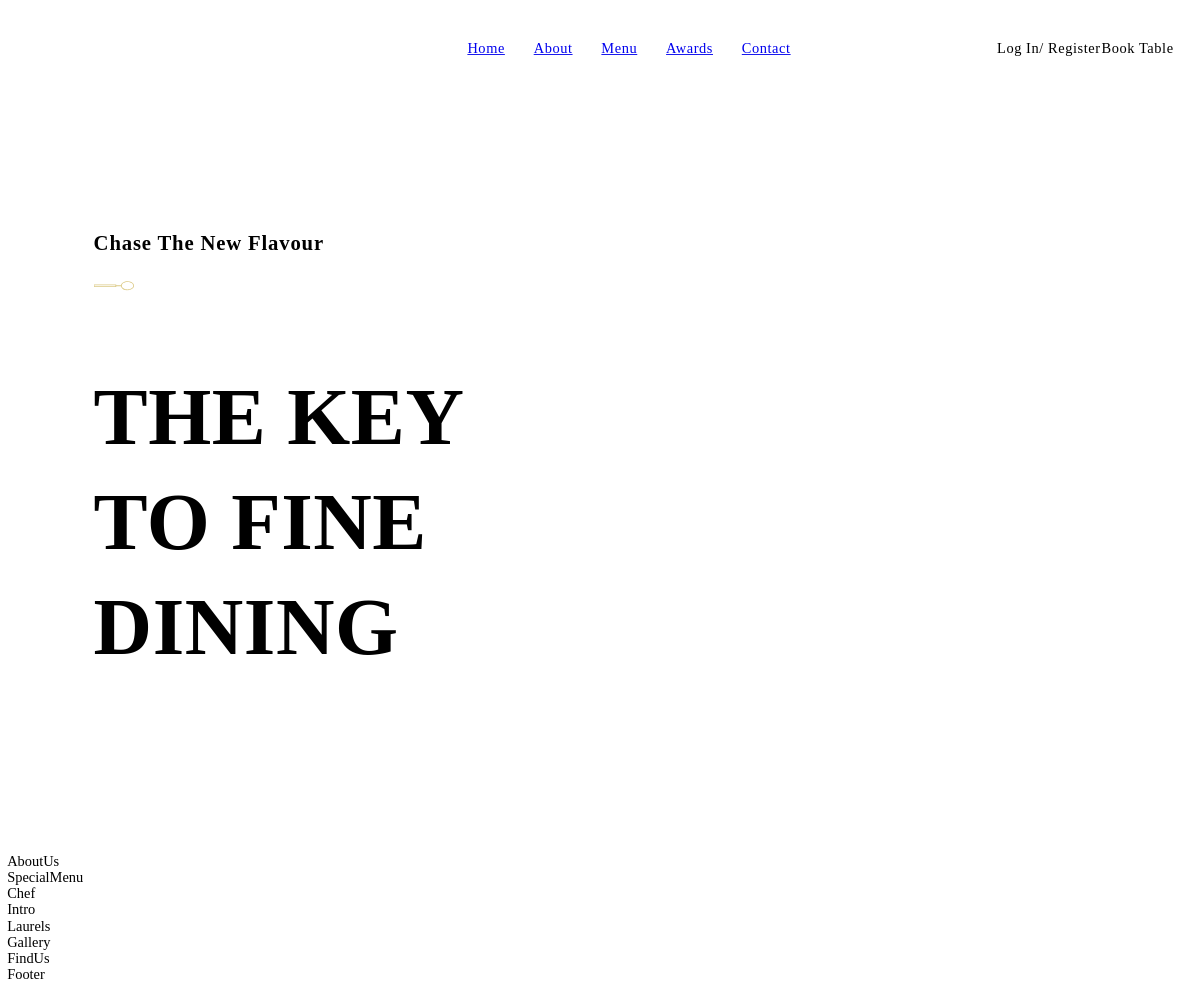
Repository: remydev47/restaurant
Page: /
The author's editor kept a copy of each file at every save. The page is drawn from the files as they stood at one save, then again after the next save.
The browser window is 1280 px wide. The page is 1336 px wide, so the pictures cover 1336 px, including what lies to the right of the window. The pictures show the whole page, at 90% of full size.
The project was rebuilt for these pictures with package versions that can differ from the ones it lists, and the page was loaded fresh each time. Also part of the build but not shown: src/container/AboutUs/AboutUs.css, src/container/Chef/Chef.css, src/components/Footer/Newsletter.jsx, src/components/Footer/FooterOverlay.jsx, src/components/Menuitem/MenuItem.css, src/components/Menuitem/MenuItem.jsx, src/container/Menu/SpecialMenu.css. Imported but missing from the stored project, and not drawn on this page: src/assets/meal.mp4.

Above is the page before, as saved 2022-03-15 13:04:21.

After the next save:
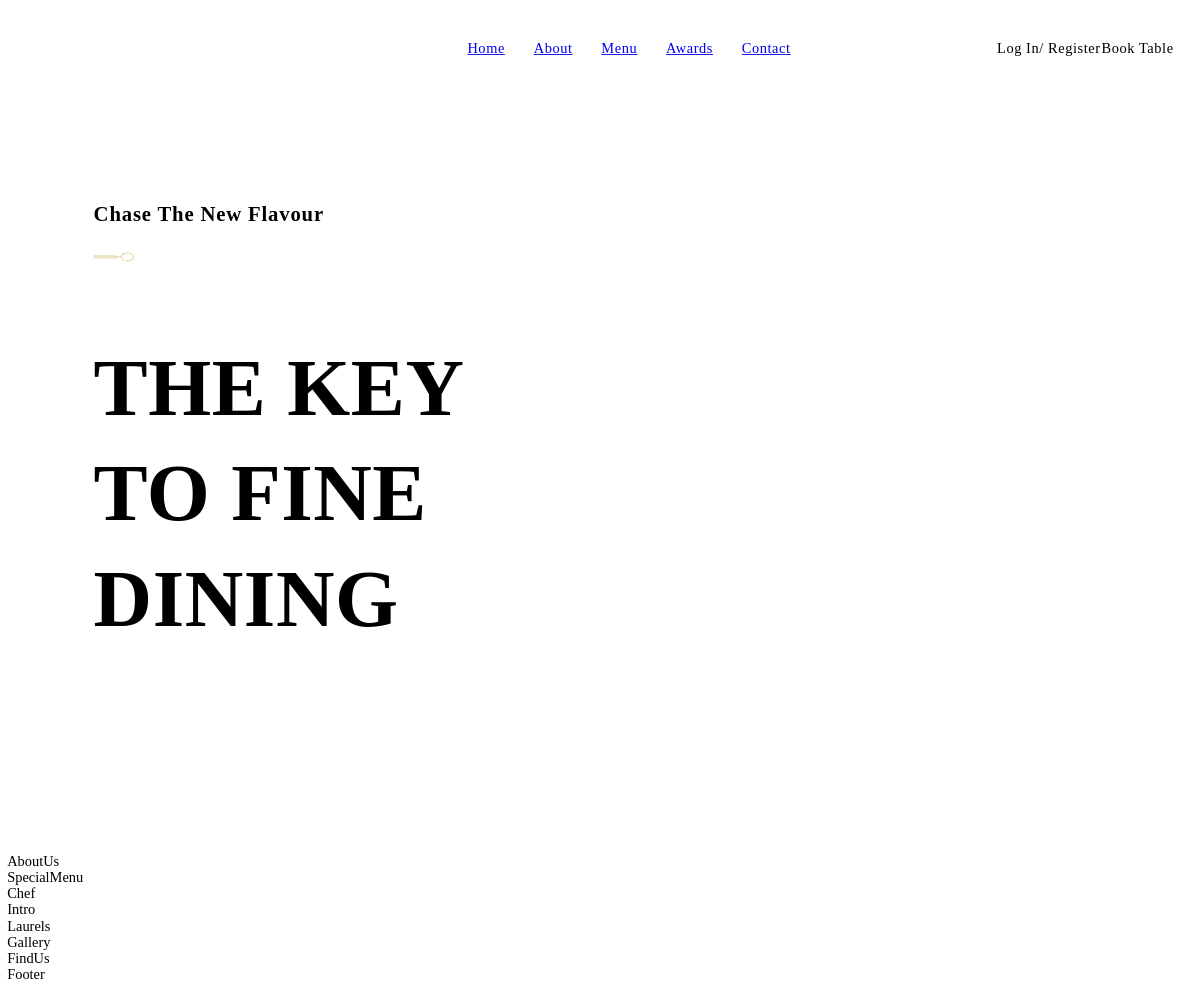
Saved 14 s later.
--- a/src/container/Header/Header.jsx
+++ b/src/container/Header/Header.jsx
@@ -9,6 +9,7 @@ const Header = () => (
     <div className="app__wrapper_info">
       <SubHeading title="Chase The New Flavour" />
       <h1 className="app__header-h1">The Key To Fine Dining</h1>
+      <p className="p__opensans" style={{margin: '2rem 0'}}></p>
     </div>
     <div className="app__wrapper_img"></div>
   </div>
